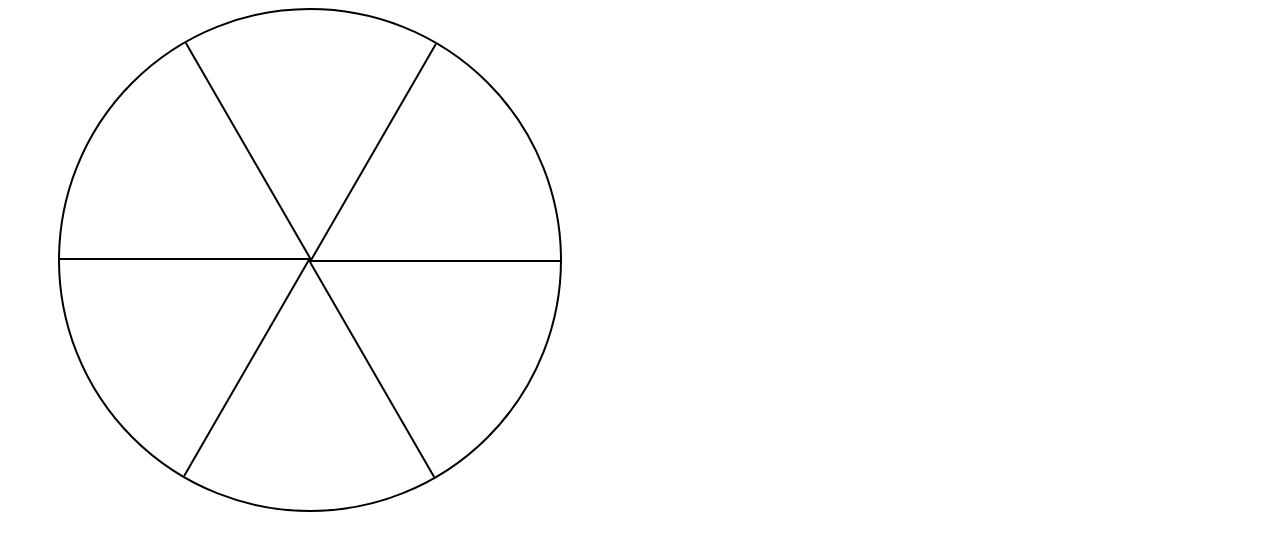
Repository: Lungdjos/ferris_wheel
Page: index.html
These files come from the project's save history. The page is drawn as it stood at one moment and after the next save; the edit follows.
The browser window is 1280 px wide. The pictures show the whole page.

Above is the page before, as saved 2024-01-11 08:54:44.

After the next save:
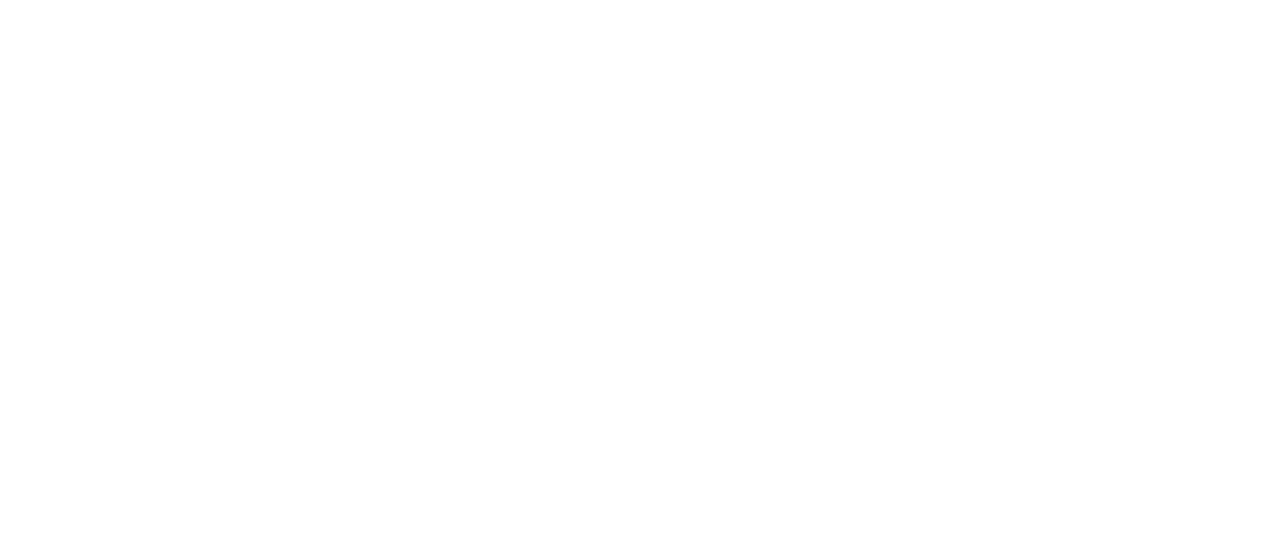
Saved 10 s later.
--- a/styles.css
+++ b/styles.css
@@ -1,4 +1,4 @@
-.wheel {
+/* .wheel { */
     border: 2px solid black;
     border-radius: 50%;
     margin-left: 50px;

After the save that followed:
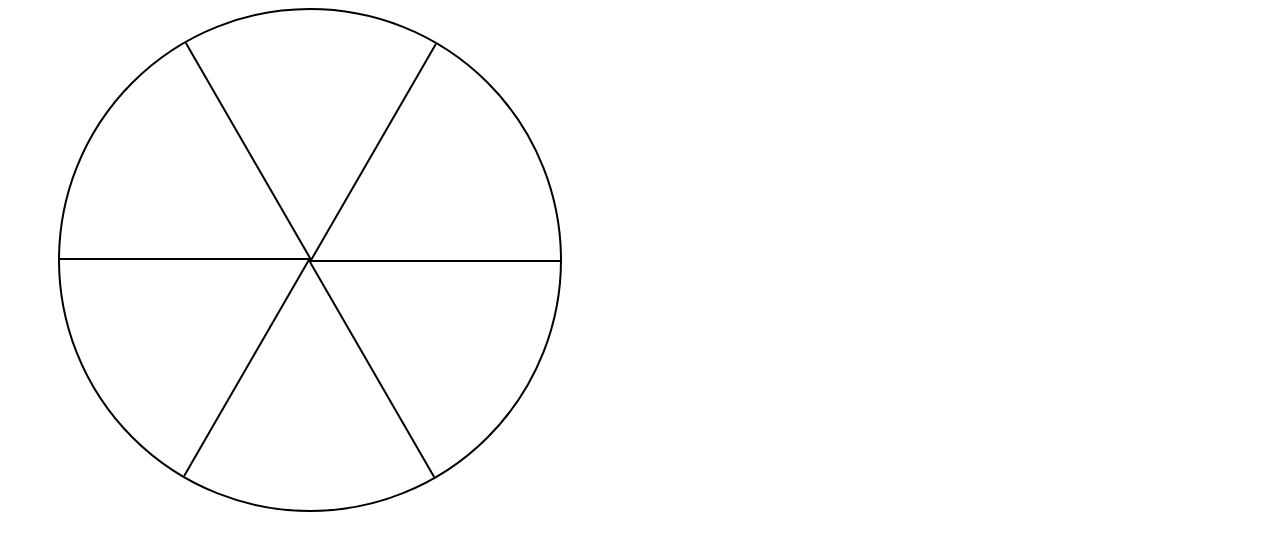
Saved 4 s later.
--- a/styles.css
+++ b/styles.css
@@ -1,4 +1,4 @@
-/* .wheel { */
+.wheel {
     border: 2px solid black;
     border-radius: 50%;
     margin-left: 50px;
